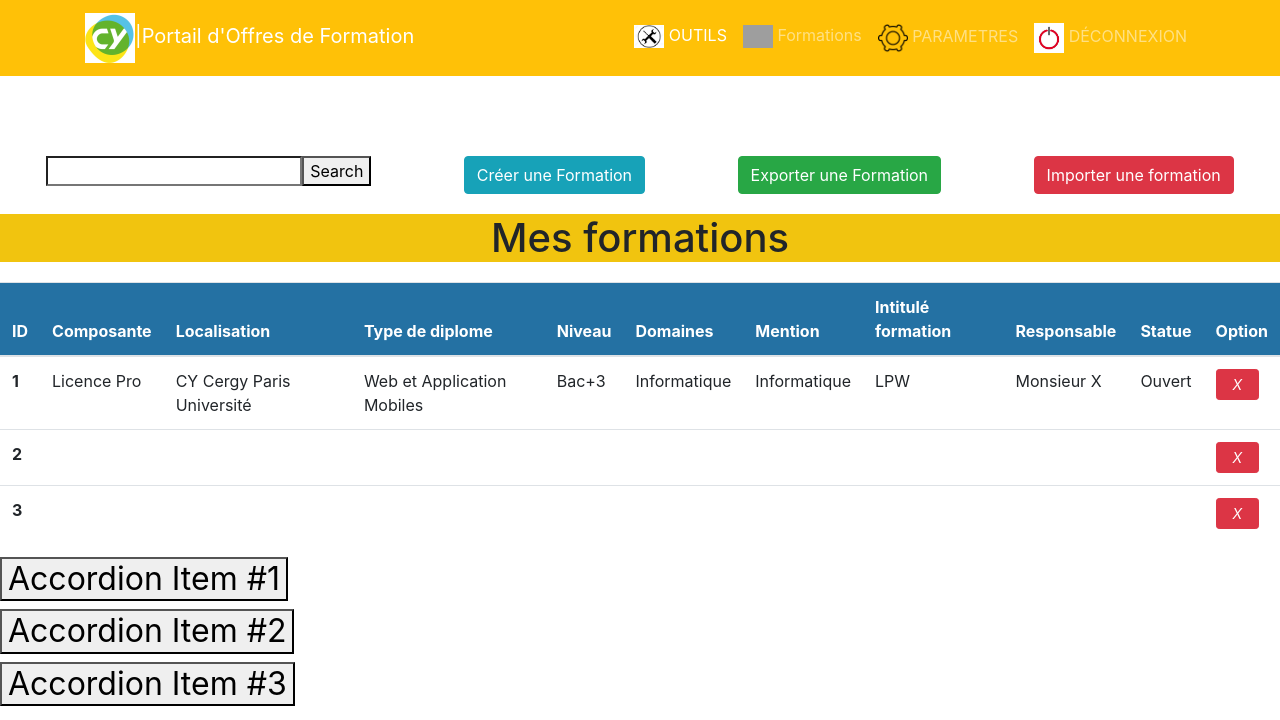
Repository: BaldeThierno1990/Projet-1-formation-tableau-generique-vue-export
Page: / (app in mcc/)
An editor plug-in stored every save of this project. The page is shown before and after a run of saves, followed by the edit.
The browser window is 1280 px wide. The pictures show the whole page.
Pictures or frames that could not be fetched are drawn as grey boxes. The project was rebuilt for these pictures with package versions that can differ from the ones it lists, and the page was loaded fresh each time.

Above is the page before, as saved 2021-03-22 13:23:55.

After the next 3 saves:
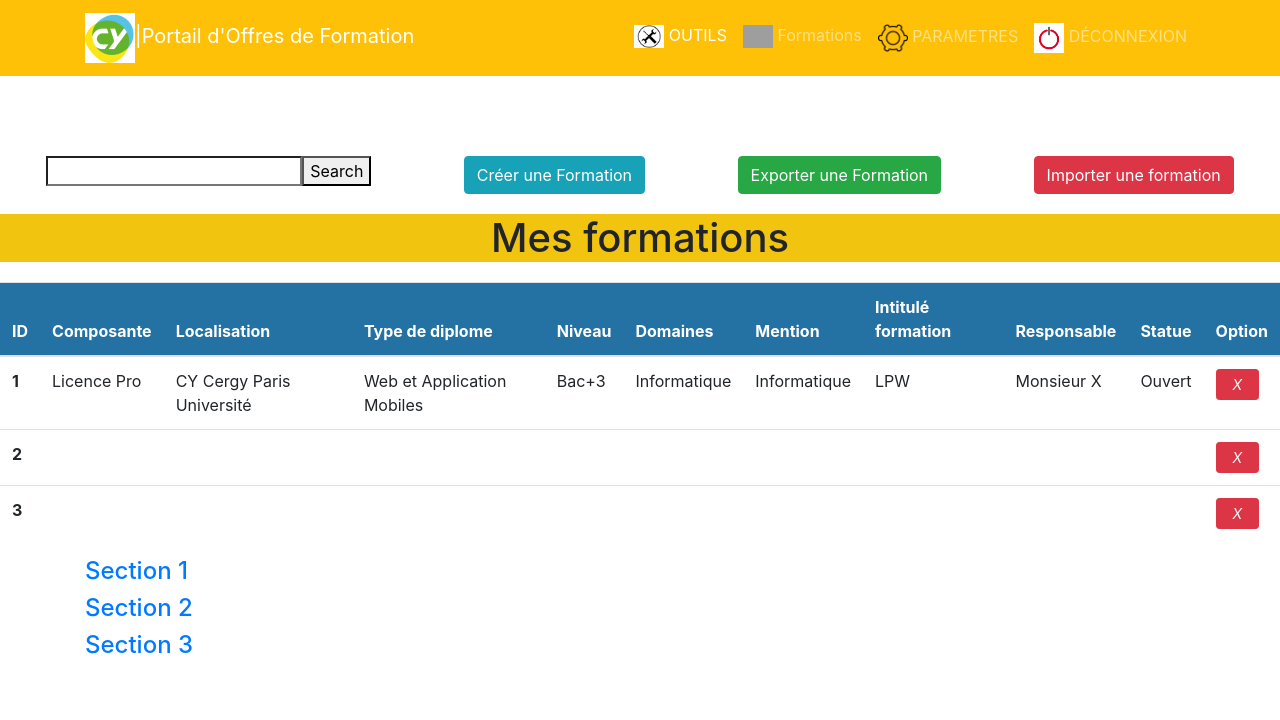
The 3 saves are shown as one change because 2 did not build or start.
The last was saved 4 min 14 s later.
--- a/mcc/src/components/tableau/VFormation.vue
+++ b/mcc/src/components/tableau/VFormation.vue
@@ -1,37 +1,52 @@
 <template>
-    <div class="formation">
-
-        <div class="accordion accordion-flush" id="accordionFlushExample">
-  <div class="accordion-item">
-    <h2 class="accordion-header" id="flush-headingOne">
-      <button class="accordion-button collapsed" type="button" data-bs-toggle="collapse" data-bs-target="#flush-collapseOne" aria-expanded="false" aria-controls="flush-collapseOne">
-        Accordion Item #1
-      </button>
-    </h2>
-    <div id="flush-collapseOne" class="accordion-collapse collapse" aria-labelledby="flush-headingOne" data-bs-parent="#accordionFlushExample">
-      <div class="accordion-body">Placeholder content for this accordion, which is intended to demonstrate the <code>.accordion-flush</code> class. This is the first item's accordion body.</div>
+<div class="container">
+    <div class="row">
+        <div class="col-md-6">
+            <div class="panel-group" id="accordion" role="tablist" aria-multiselectable="true">
+                <div class="panel panel-default">
+                    <div class="panel-heading" role="tab" id="headingOne">
+                        <h4 class="panel-title">
+                            <a role="button" data-toggle="collapse" data-parent="#accordion" href="#collapseOne" aria-expanded="true" aria-controls="collapseOne">
+                                Section 1
+                            </a>
+                        </h4>
+                    </div>
+                    <div id="collapseOne" class="panel-collapse collapse in" role="tabpanel" aria-labelledby="headingOne">
+                        <div class="panel-body">
+                            <p>Lorem ipsum dolor sit amet, consectetur adipiscing elit. Praesent nisl lorem, dictum id pellentesque at, vestibulum ut arcu. Curabitur erat libero, egestas eu tincidunt ac, rutrum ac justo. Vivamus condimentum laoreet lectus, blandit posuere tortor aliquam vitae. Curabitur molestie eros. </p>
+                        </div>
+                    </div>
+                </div>
+                <div class="panel panel-default">
+                    <div class="panel-heading" role="tab" id="headingTwo">
+                        <h4 class="panel-title">
+                            <a class="collapsed" role="button" data-toggle="collapse" data-parent="#accordion" href="#collapseTwo" aria-expanded="false" aria-controls="collapseTwo">
+                                Section 2
+                            </a>
+                        </h4>
+                    </div>
+                    <div id="collapseTwo" class="panel-collapse collapse" role="tabpanel" aria-labelledby="headingTwo">
+                        <div class="panel-body">
+                            <p>Lorem ipsum dolor sit amet, consectetur adipiscing elit. Praesent nisl lorem, dictum id pellentesque at, vestibulum ut arcu. Curabitur erat libero, egestas eu tincidunt ac, rutrum ac justo. Vivamus condimentum laoreet lectus, blandit posuere tortor aliquam vitae. Curabitur molestie eros. </p>
+                        </div>
+                    </div>
+                </div>
+                <div class="panel panel-default">
+                    <div class="panel-heading" role="tab" id="headingThree">
+                        <h4 class="panel-title">
+                            <a class="collapsed" role="button" data-toggle="collapse" data-parent="#accordion" href="#collapseThree" aria-expanded="false" aria-controls="collapseThree">
+                                Section 3
+                            </a>
+                        </h4>
+                    </div>
+                    <div id="collapseThree" class="panel-collapse collapse" role="tabpanel" aria-labelledby="headingThree">
+                        <div class="panel-body">
+                            <p>Lorem ipsum dolor sit amet, consectetur adipiscing elit. Praesent nisl lorem, dictum id pellentesque at, vestibulum ut arcu. Curabitur erat libero, egestas eu tincidunt ac, rutrum ac justo. Vivamus condimentum laoreet lectus, blandit posuere tortor aliquam vitae. Curabitur molestie eros. </p>
+                        </div>
+                    </div>
+                </div>
+            </div>
+        </div>
     </div>
-  </div>
-  <div class="accordion-item">
-    <h2 class="accordion-header" id="flush-headingTwo">
-      <button class="accordion-button collapsed" type="button" data-bs-toggle="collapse" data-bs-target="#flush-collapseTwo" aria-expanded="false" aria-controls="flush-collapseTwo">
-        Accordion Item #2
-      </button>
-    </h2>
-    <div id="flush-collapseTwo" class="accordion-collapse collapse" aria-labelledby="flush-headingTwo" data-bs-parent="#accordionFlushExample">
-      <div class="accordion-body">Placeholder content for this accordion, which is intended to demonstrate the <code>.accordion-flush</code> class. This is the second item's accordion body. Let's imagine this being filled with some actual content.</div>
-    </div>
-  </div>
-  <div class="accordion-item">
-    <h2 class="accordion-header" id="flush-headingThree">
-      <button class="accordion-button collapsed" type="button" data-bs-toggle="collapse" data-bs-target="#flush-collapseThree" aria-expanded="false" aria-controls="flush-collapseThree">
-        Accordion Item #3
-      </button>
-    </h2>
-    <div id="flush-collapseThree" class="accordion-collapse collapse" aria-labelledby="flush-headingThree" data-bs-parent="#accordionFlushExample">
-      <div class="accordion-body">Placeholder content for this accordion, which is intended to demonstrate the <code>.accordion-flush</code> class. This is the third item's accordion body. Nothing more exciting happening here in terms of content, but just filling up the space to make it look, at least at first glance, a bit more representative of how this would look in a real-world application.</div>
-    </div>
-  </div>
 </div>
-    </div>
 </template>
